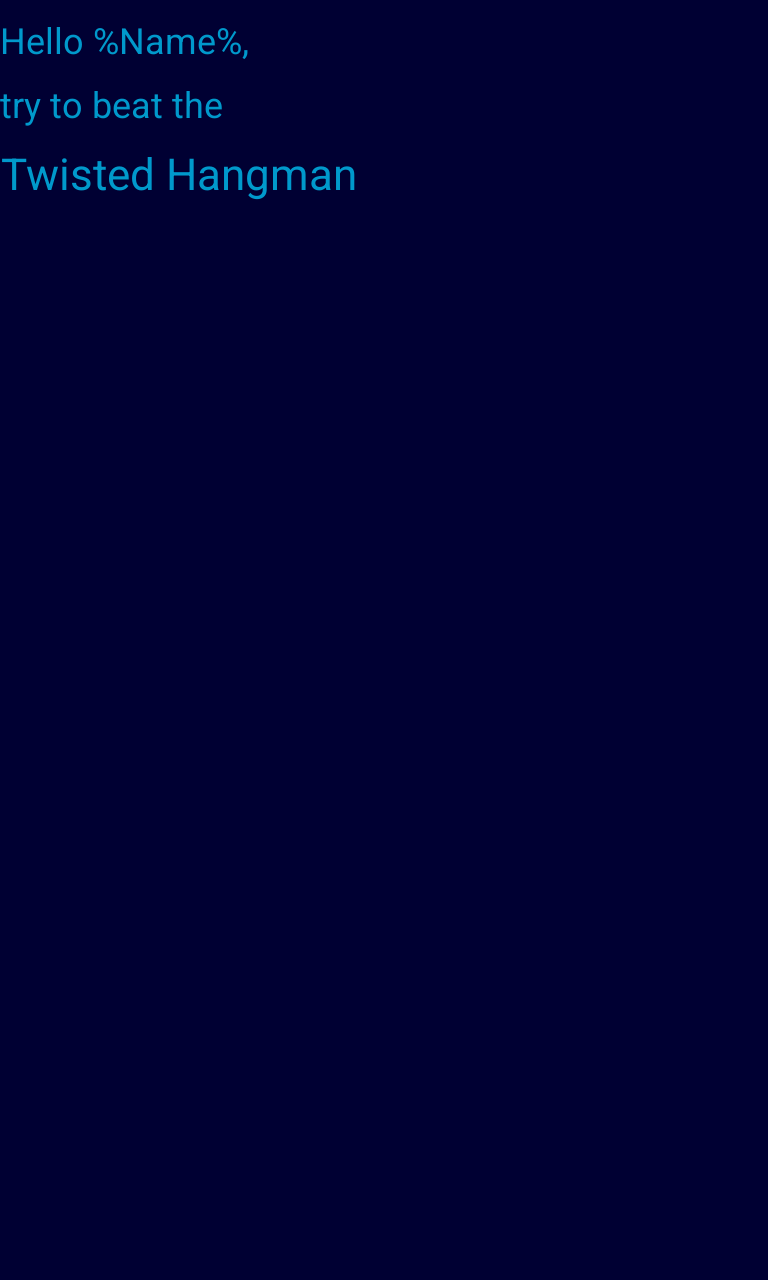
Repository: caspervdpoll/hangman_cvdpoll_jvwageningen
Layout: app/twisted-hangman/res/layout/activity_main.xml
These files come from the project's save history. The layout is drawn as it stood at one moment and after the next save; the edit follows.
It is drawn on a 768 x 1280 px phone screen (xhdpi) without system bars, with theme AppTheme; the app's code is not run.

Above is the layout before, as saved 2014-06-10 09:45:51.

After the next save:
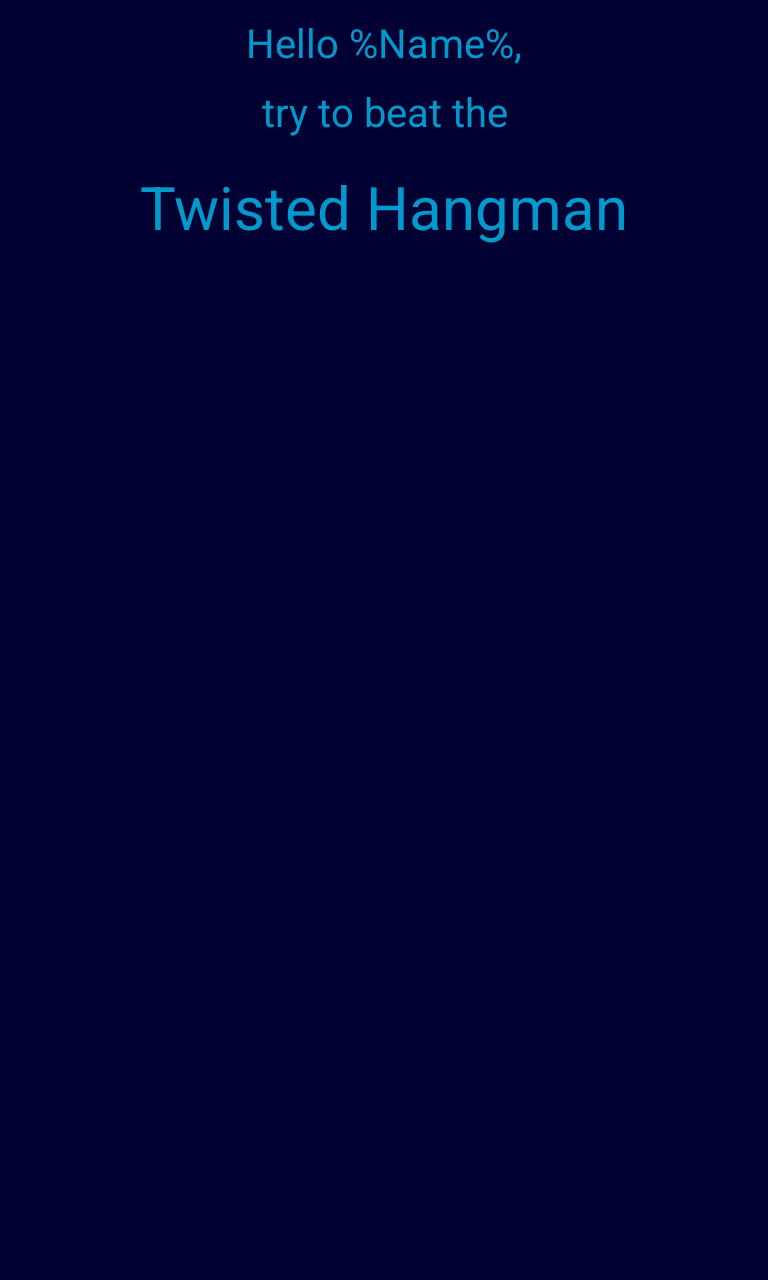
Saved 4 min 35 s later.
--- a/app/twisted-hangman/res/layout/activity_main.xml
+++ b/app/twisted-hangman/res/layout/activity_main.xml
@@ -11,34 +11,51 @@
         android:id="@+id/textView1"
         android:layout_width="wrap_content"
         android:layout_height="wrap_content"
+        android:layout_alignParentLeft="true"
+        android:layout_alignParentRight="true"
+        android:layout_marginTop="15px"
         android:layout_weight="1.08"
-        android:textColor="@color/blue"
-        android:layout_marginTop="15px"
         android:gravity="center"
         android:text="Hello %Name%,"
-        android:textAppearance="?android:attr/textAppearanceMedium" />
+        android:textAppearance="?android:attr/textAppearanceMedium"
+        android:textColor="@color/blue"
+        android:textSize="20sp" />
 
     <TextView
         android:id="@+id/textView2"
+        android:layout_width="fill_parent"
+        android:layout_height="wrap_content"
+        android:layout_alignParentLeft="true"
+        android:layout_alignParentRight="true"
         android:layout_below="@id/textView1"
-        android:layout_width="wrap_content"
-        android:layout_height="wrap_content"
         android:layout_marginTop="15px"
+        android:gravity="center"
+        android:text="try to beat the"
+        android:textAppearance="?android:attr/textAppearanceMedium"
         android:textColor="@color/blue"
-        android:text="try to beat the"
-        android:gravity="center"
-        android:textAppearance="?android:attr/textAppearanceMedium" />
+        android:textSize="20sp" />
 
     <TextView
         android:id="@+id/textView3"
-        android:layout_below="@id/textView2"
         android:layout_width="wrap_content"
         android:layout_height="wrap_content"
-        android:layout_marginTop="15px"
-        android:textColor="@color/blue"
+        android:layout_alignParentLeft="true"
+        android:layout_alignParentRight="true"
+        android:layout_below="@+id/textView2"
+        android:layout_marginTop="14dp"
         android:layout_weight="1.08"
         android:gravity="center"
         android:text="Twisted Hangman"
-        android:textAppearance="?android:attr/textAppearanceLarge" />
+        android:textAppearance="?android:attr/textAppearanceLarge"
+        android:textColor="@color/blue"
+        android:textSize="30sp" />
+
+    <Button
+        android:id="@+id/button1"
+        android:layout_width="fill_content"
+        android:layout_height="wrap_content"
+        android:layout_centerHorizontal="true"
+        android:layout_centerVertical="true"
+        android:text="Button" />
 
 </RelativeLayout>
